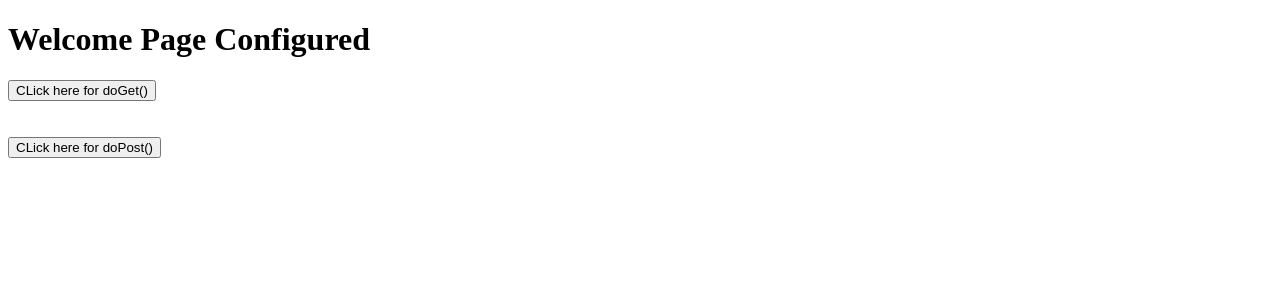
Repository: vinayingalahalli/java_batch1_revature
Page: revature_java/my_servlet_app/WebContent/myHome.html
An editor plug-in stored every save of this project. The page is shown before and after the next save, followed by the edit.
The browser window is 1280 px wide. The pictures show the whole page.

Above is the page before, as saved 2019-09-10 18:44:10.

After the next save:
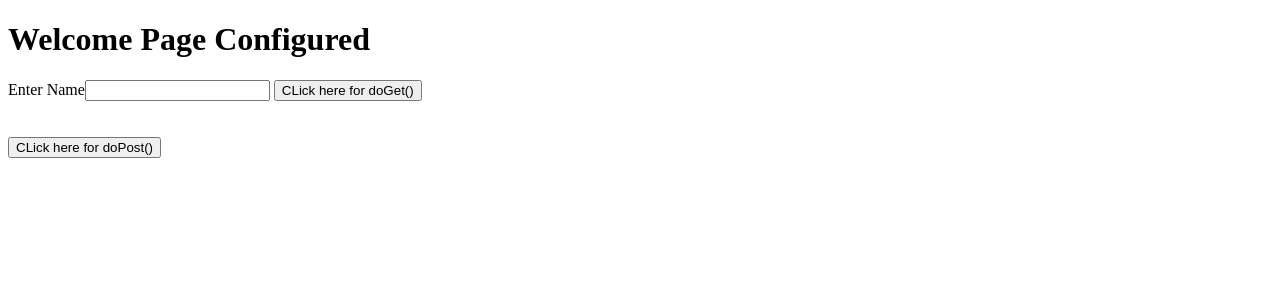
Saved 6 min 13 s later.
--- a/revature_java/my_servlet_app/WebContent/myHome.html
+++ b/revature_java/my_servlet_app/WebContent/myHome.html
@@ -7,6 +7,7 @@
 <body>
 	<h1>Welcome Page Configured</h1>
 	<form action="abc" method="get">
+	Enter Name<input type="text" name="fname">
 		<input type="submit" value="CLick here for doGet()">
 	</form>
 	<br />
